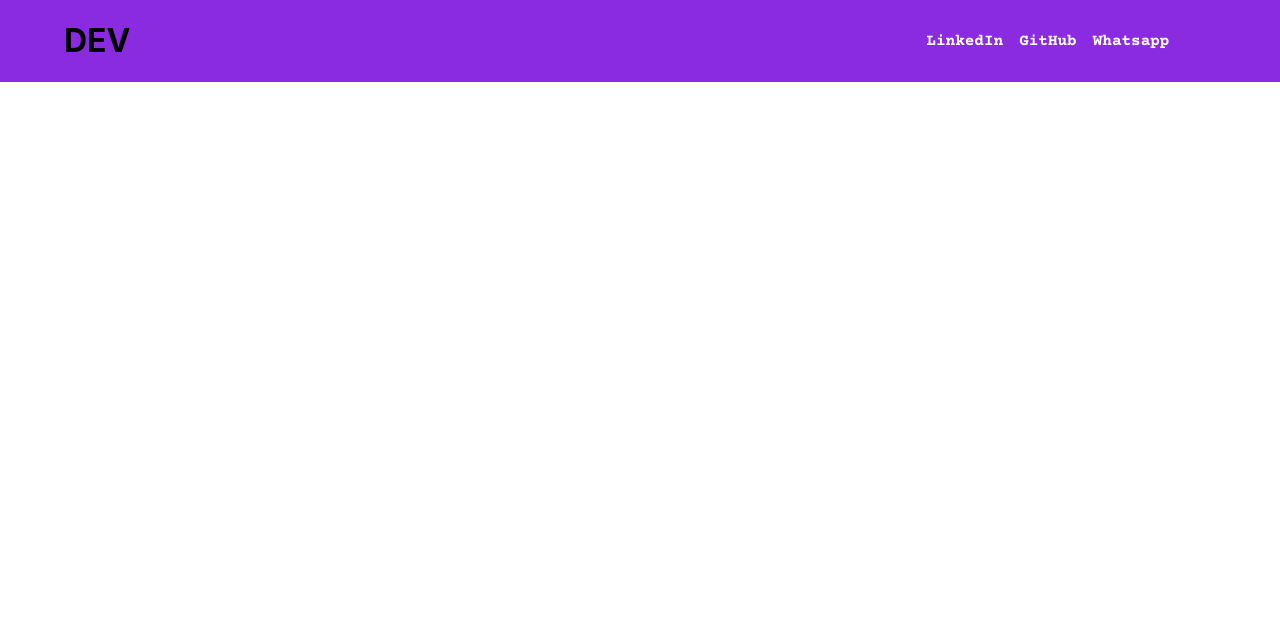
Repository: FxIvan/myweb
Page: /
An editor plug-in stored every save of this project. The page is shown before and after the next save, followed by the edit.
The browser window is 1280 px wide. The pictures show the whole page.
The project was rebuilt for these pictures with package versions that can differ from the ones it lists, and the page was loaded fresh each time.

Above is the page before, as saved 2022-11-02 11:25:14.

After the next save:
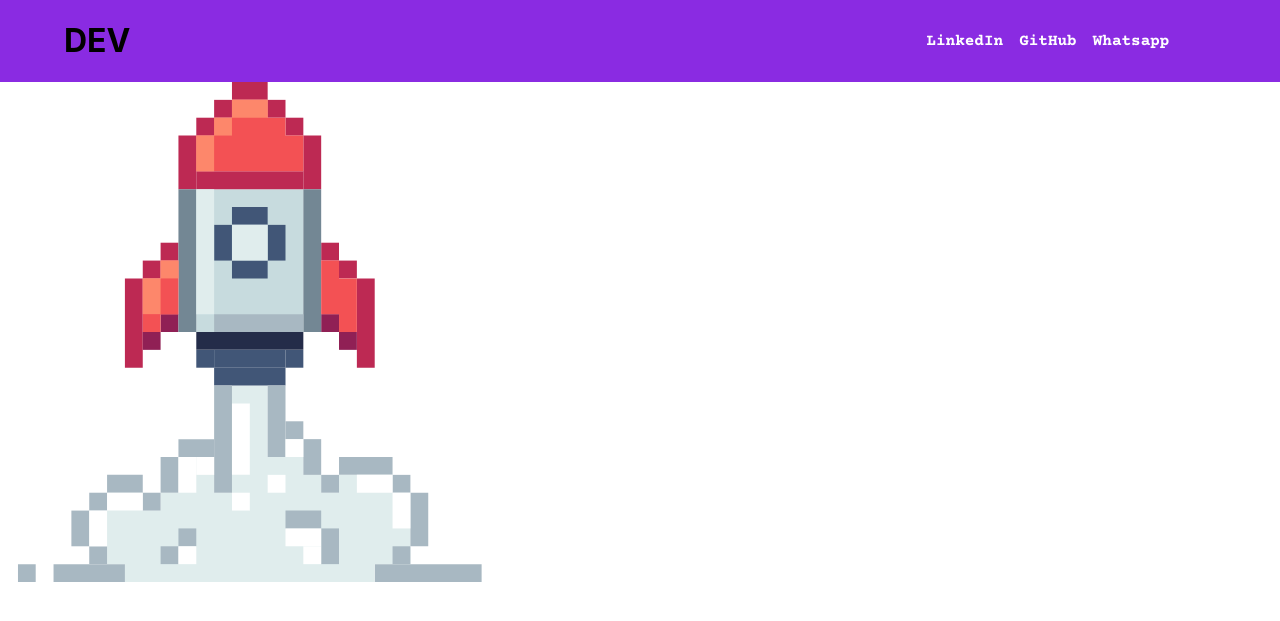
Saved 13 s later.
--- a/src/component/section1/section1.js
+++ b/src/component/section1/section1.js
@@ -1,5 +1,5 @@
 import React from 'react'
-import cochete from '../../media/img/coheteSection.svg'
+import cohete from '../../media/img/coheteSection.svg'
 
 
 export const Section1 = () =>{
@@ -7,7 +7,7 @@
         <div>
             <div>
                 <div>
-                    <img/>
+                    <img src={cohete}/>
                 </div>
             </div>
         </div>
